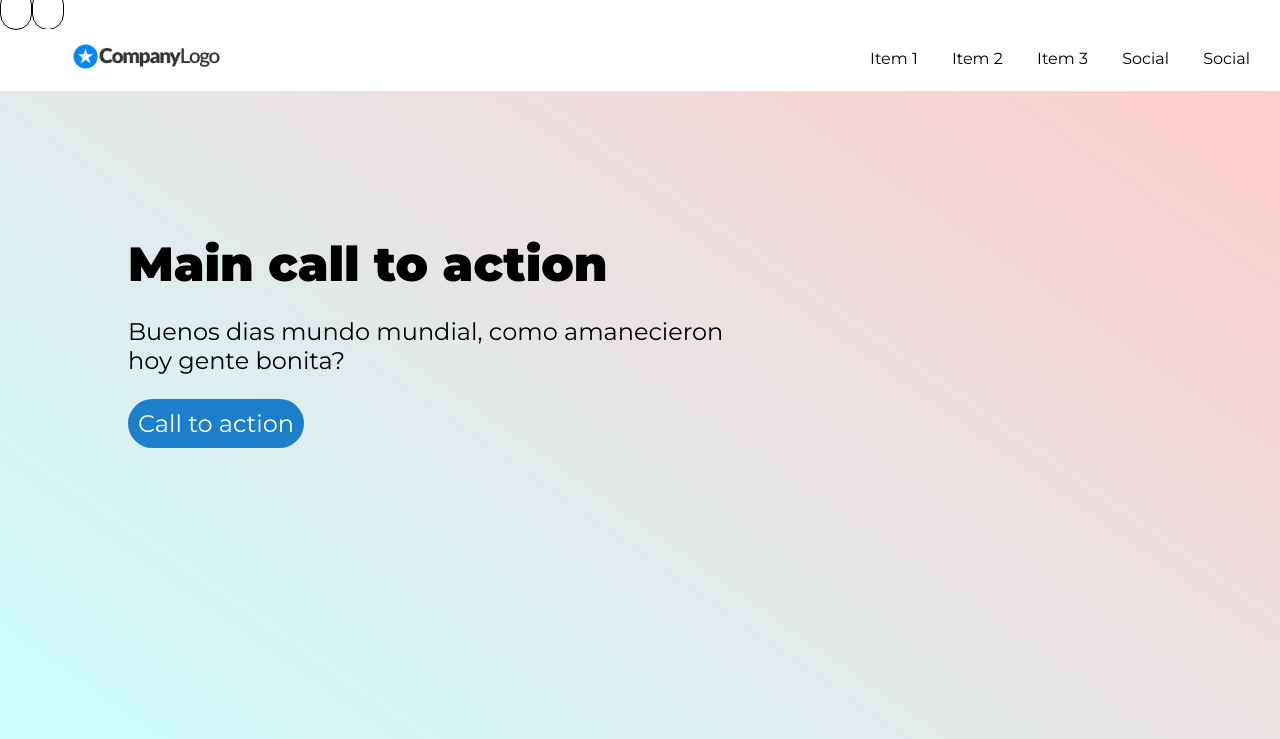
Repository: pabloestradagt/proyectobootstrap
Page: websitexd/index.html
The author's editor kept a record of every edit. The page is drawn from the files as they stood at one moment, then again after the next edit.
The browser window is 1280 px wide. The pictures show the whole page.

Above is the page before.

After the next edit:
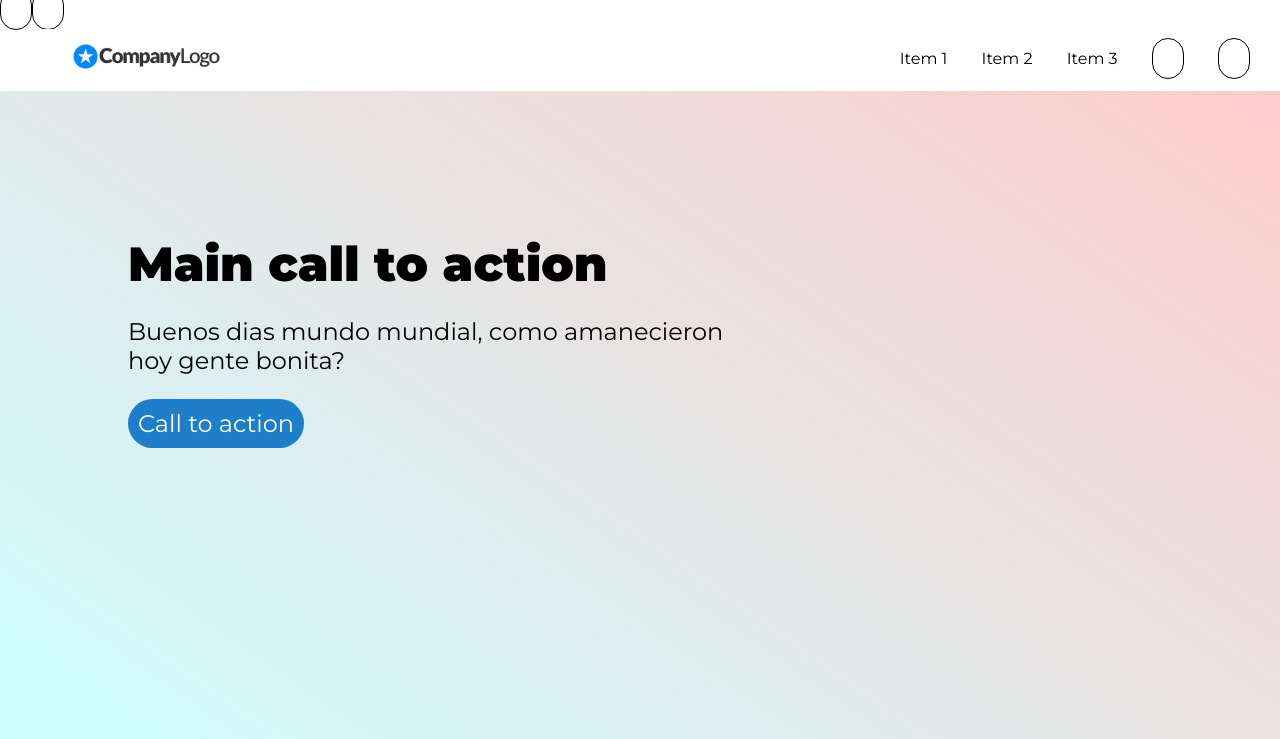
The edit:
--- a/websitexd/index.html
+++ b/websitexd/index.html
@@ -22,8 +22,8 @@
                     <a href="#"><li>Item 1</li></a>
                     <a href="#"><li>Item 2</li></a>
                     <a href="#"><li>Item 3</li></a>
-                    <a href="#"><li>Social</li></a>
-                    <a href="#"><li>Social</li></a>
+                    <a href="#"><li><i class="fab fa-facebook-f"></i></li></a>
+                    <a href="#"><li><i class="fab fa-instagram"></i></li></a>
                 </ul>
 
             </nav>
